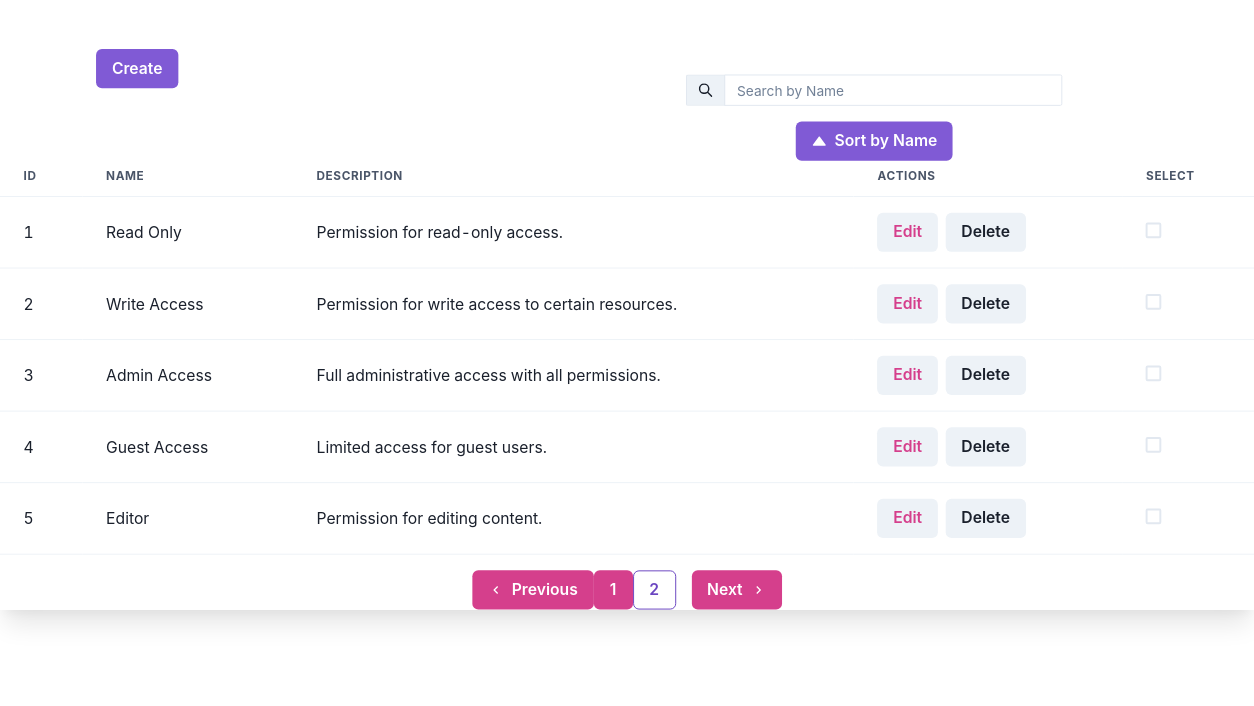
Repository: Andarg01/chakra-dashboard
Page: /
The author's editor kept a copy of each file at every save. The page is drawn from the files as they stood at one save, then again after the next save.
The browser window is 1280 px wide. The pictures show the whole page, at 98% of full size.
The project was rebuilt for these pictures with package versions that can differ from the ones it lists, and the page was loaded fresh each time. Also part of the build but not shown: src/ProductModal.tsx.

Above is the page before, as saved 2024-03-05 05:07:14.

After the next save:
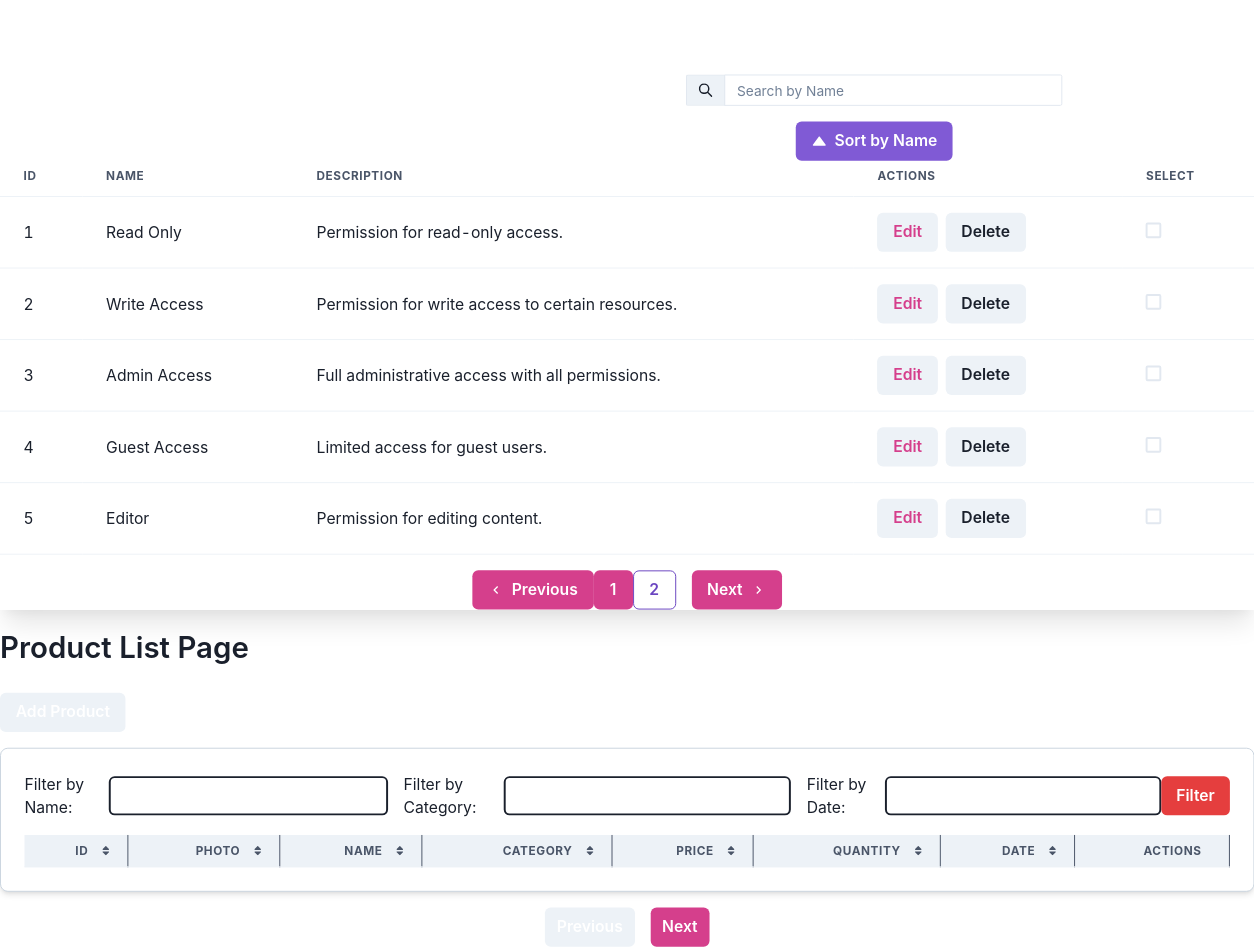
Saved 4 min 19 s later.
--- a/src/App.tsx
+++ b/src/App.tsx
@@ -1,16 +1,14 @@
-import React from 'react';
+import React from 'react'
+import PermissionPage from './PermissionPage'
+import ProductList from './ProductList'
 
-import './App.css';
-import PermissionPage from './PermissionPage';
-
-function App() {
+const App = () => {
   return (
-    <div className="App">
-     {/* <ProductPages/> */}
-     <PermissionPage/>
-
+    <div>
+      <PermissionPage/>
+      <ProductList/>
     </div>
-  );
+  )
 }
 
-export default App;
+export default App
